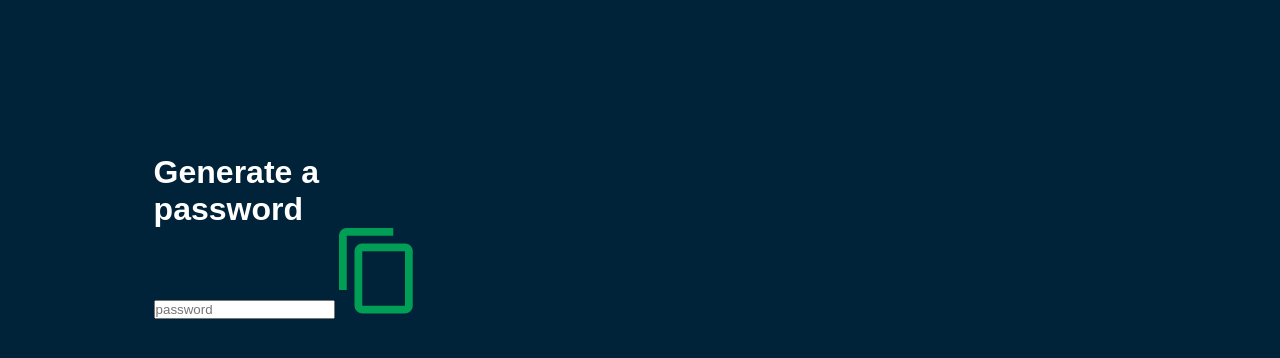
Repository: YAAMAR/password-generator
Page: Random password/index.html
An editor plug-in stored every save of this project. The page is shown before and after the next save, followed by the edit.
The browser window is 1280 px wide. The pictures show the whole page.

Above is the page before, as saved 2024-05-02 18:54:20.

After the next save:
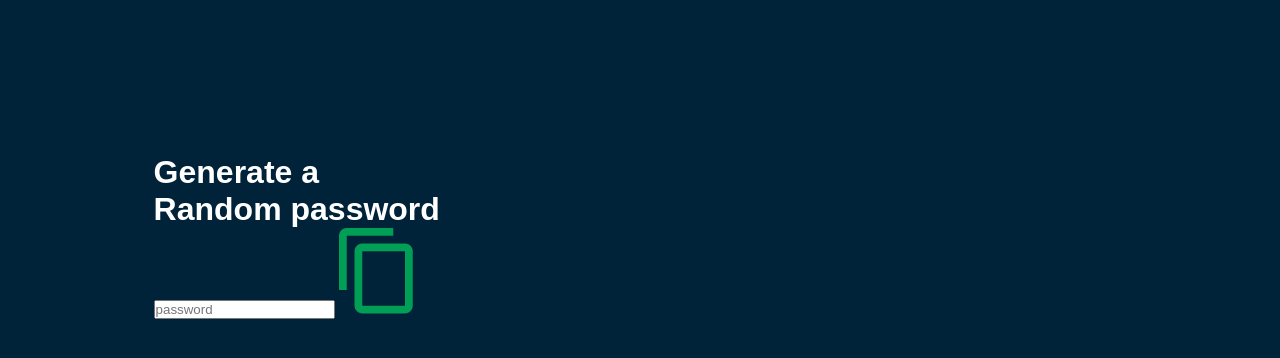
Saved 40 s later.
--- a/Random password/index.html
+++ b/Random password/index.html
@@ -9,7 +9,7 @@
 <body>
     <div class="container">
 
-        <h1>Generate a <br>password</h1>
+        <h1>Generate a <br>Random password</h1>
         <div class="display">
 
             <input type="text" id="password" placeholder="password">
